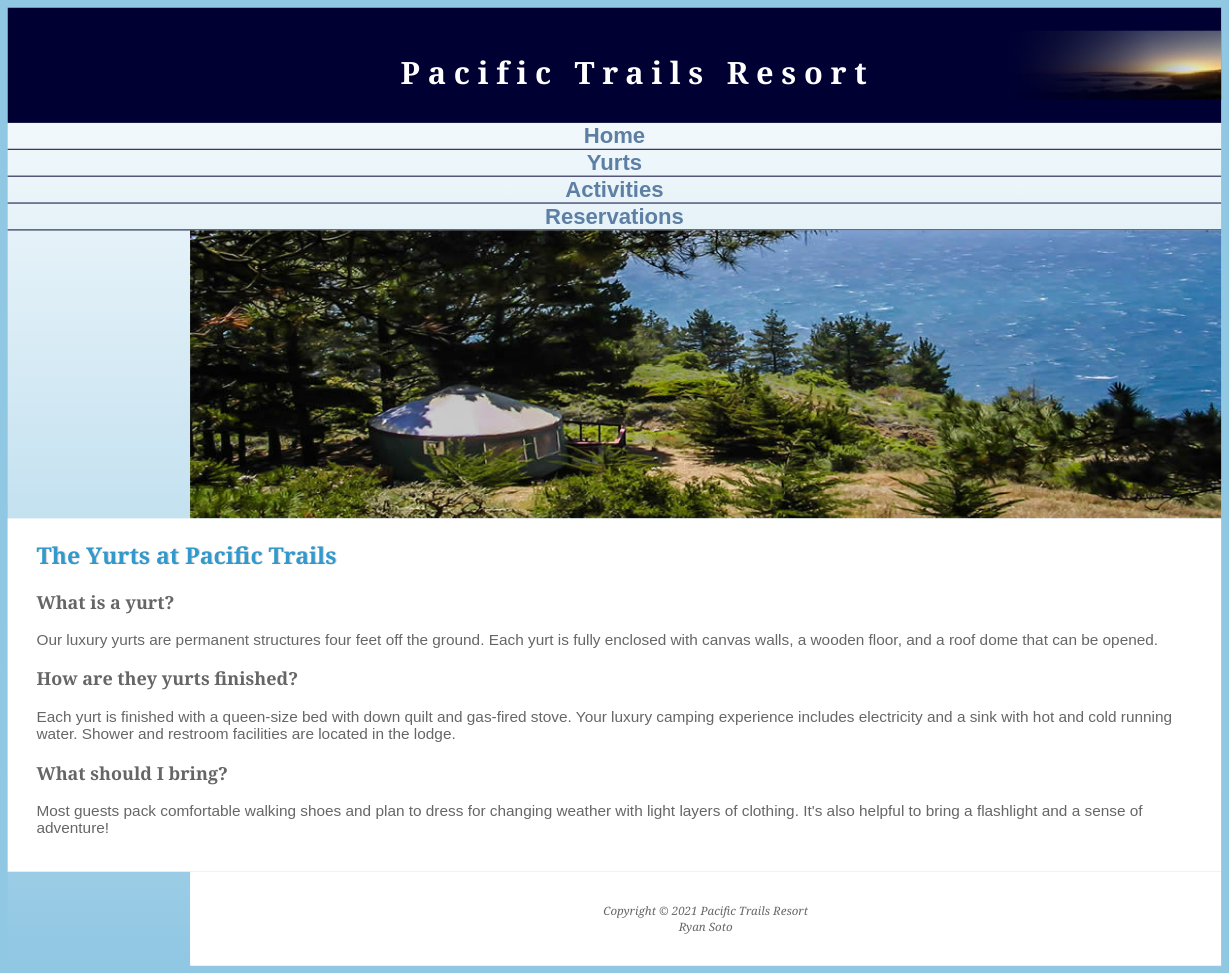
Repository: rsoto003/web-dev-152
Page: dist/assignments/chapter8/ch8pacific/yurts.html
The author's editor kept a copy of each file at every save. The page is drawn from the files as they stood at one save, then again after the next save.
The browser window is 1280 px wide. The pictures show the whole page, at 96% of full size.
Some web libraries are served in a nearby version.

Above is the page before, as saved 2021-07-25 22:14:47.

### dist/assignments/chapter8/ch8pacific/yurts.html
<!DOCTYPE html>
<html lang="en">
<head>
    <meta charset="UTF-8">
    <meta http-equiv="X-UA-Compatible" content="IE=edge">
    <meta name="viewport" content="width=device-width, initial-scale=1.0">
    <title>Pacific Trails Resorts :: Yurts</title>
    <link rel="stylesheet" href="pacific.css">
    <script src="https://kit.fontawesome.com/1c51b803b7.js" crossorigin="anonymous"></script>
</head>
<body>
    <div id="wrapper">
        <header>
            <h1><a href="index.html">Pacific Trails Resort</a></h1>
        </header>
        <nav>
            <ul>
                <li><a href="index.html">Home</a></li>
                <li><a href="yurts.html">Yurts</a></li>
                <li><a href="activities.html">Activities</a></li>
                <li><a href="reservations.html">Reservations</a></li>
            </ul>
        </nav>
        <div id="yurthero"></div>
        <main>
            <h2>The Yurts at Pacific Trails</h2>

            <section>
                <h3>What is a yurt?</h3>
                <p>Our luxury yurts are permanent structures four feet off the ground. Each yurt is fully enclosed with canvas walls,
                    a wooden floor, and a roof dome that can be opened.
                </p>
            </section>

            <section>
                <h3>How are they yurts finished?</h3>
                <p>Each yurt is finished with a queen-size bed with down quilt and gas-fired stove. Your luxury camping experience includes
                    electricity and a sink with hot and cold running water. Shower and restroom facilities are located in the lodge.
                </p>
            </section>

            <section>
                <h3>What should I bring?</h3>
                <p>Most guests pack comfortable walking shoes and plan to dress for changing weather with light layers
                    of clothing. It's also helpful to bring a flashlight and a sense of adventure!
                </p>
            </section>
        </main>
        <footer>
            <p>Copyright &copy; 2021 Pacific Trails Resort<br>
            Ryan Soto</p>
        </footer>
    </div>
</body>
</html>

### dist/assignments/chapter8/ch8pacific/pacific.css
* {
    box-sizing: border-box;
}

body {
    background-color: #90c7e3;
    color: #666666;
    font-family: Arial, Helvetica, sans-serif;
}
#wrapper {
    background-image: linear-gradient(to bottom, #fff, #90c7e3);
    background-repeat: no-repeat;
    background-color: #90c7e3;
}

header {
    background-color: #003; /* bgc#003 */
    color: #fff; /* c#fff */
    background-image: url("images/sunset.jpg"); /* bgi */
    background-position: right; /* bgp */
    background-repeat: no-repeat; /* bgr:n */
    height: 120px; /* h120*/
    padding-top: 30px; /*pt30*/
    padding-left: 3em; /* pl3em */
    text-align: center; /*tac*/
}
header a {
    text-decoration: none; /* tdn */
    color: #fff;
}
header a:link {
    color: #fff; /* c#fff */
}
header a:vistied {
    color: #fff; /* c#fff */
}
header a:hover {
    color: #90c7e9; /* c#90c7e9 */
}
nav {
    /* background-color: #FFF; */
    /* float: left; fl */
    font-size: 120%; /* fz120% */
    font-weight: bold;
    padding: 0;
    /* width: 160px; w160 */
    text-align: center;
}

nav ul {
    list-style-type: none; /* listn */
    margin: 0; /* m0 */
    padding-left: 0; /* pl0 */
    font-size: 1.2em; /* fz1.2em */
}
nav li {
    border-bottom: 1px solid #003;
}
nav a {
    text-decoration: none; /* tdn */
    font-weight: bold; /* fwb */
    padding: 10px; /* p10 */
}
nav a:link {
    color: #5c7fa3; /* c#5c75a3*/
}
nav a:visited {
    color: #344873; /* c#344873 */
}
nav a:hover {
    color: #a42A2a; /* c#a42A2a */
}

main {
    background-color: #fff; /* bgc#fff */
    padding: 1px 20px 20px 30px; /* p1-20-20-30 */
    overflow: auto; /* oa */
}



h1, h2, h3, footer {
    font-family: Georgia, "Times New Roman", serif;
}
h1 {
    padding-top: 0.5em;
    padding-bottom: 0.5em;
    letter-spacing: 0.25em; /* lts.25em */
    margin-bottom: 0;
    margin-top: 0;
}
h2 {
    color: #39c;
    text-shadow: 1px 1px 1px #ccc;
}
ul {
    /* list-style-image: url("images/marker.gif"); */
    list-style-position: inside;
}

dt {
    color: #003;
}
footer {
    background-color: #fff; /* bgc#fff */
    font-size: 75%;
    margin-left: 190px; /* ml190 */
    text-align: center;
    font-style: italic;
    padding: 20px;
}
.resort {
    color: #5c7fa3;
    font-weight: bold;
}

#contact {
    font-size: 90%;
}

#homehero {
    height: 300px;
    background-image: url('./images/coast2.jpg');
    background-size: 100% 100%;
    background-repeat: no-repeat;
    margin-left: 190px; /* ml190 */
}

#yurthero {
    height: 300px;
    background-image: url('./images/yurt.jpg');
    background-size: 100% 100%;
    background-repeat: no-repeat;
    margin-left: 190px; /* ml190 */
}

#trailhero {
    height: 300px;
    background-image: url('./images/trail.jpg');
    background-size: 100% 100%;
    background-repeat: no-repeat;
    margin-left: 190px; /* ml190 */
}

After the next save:
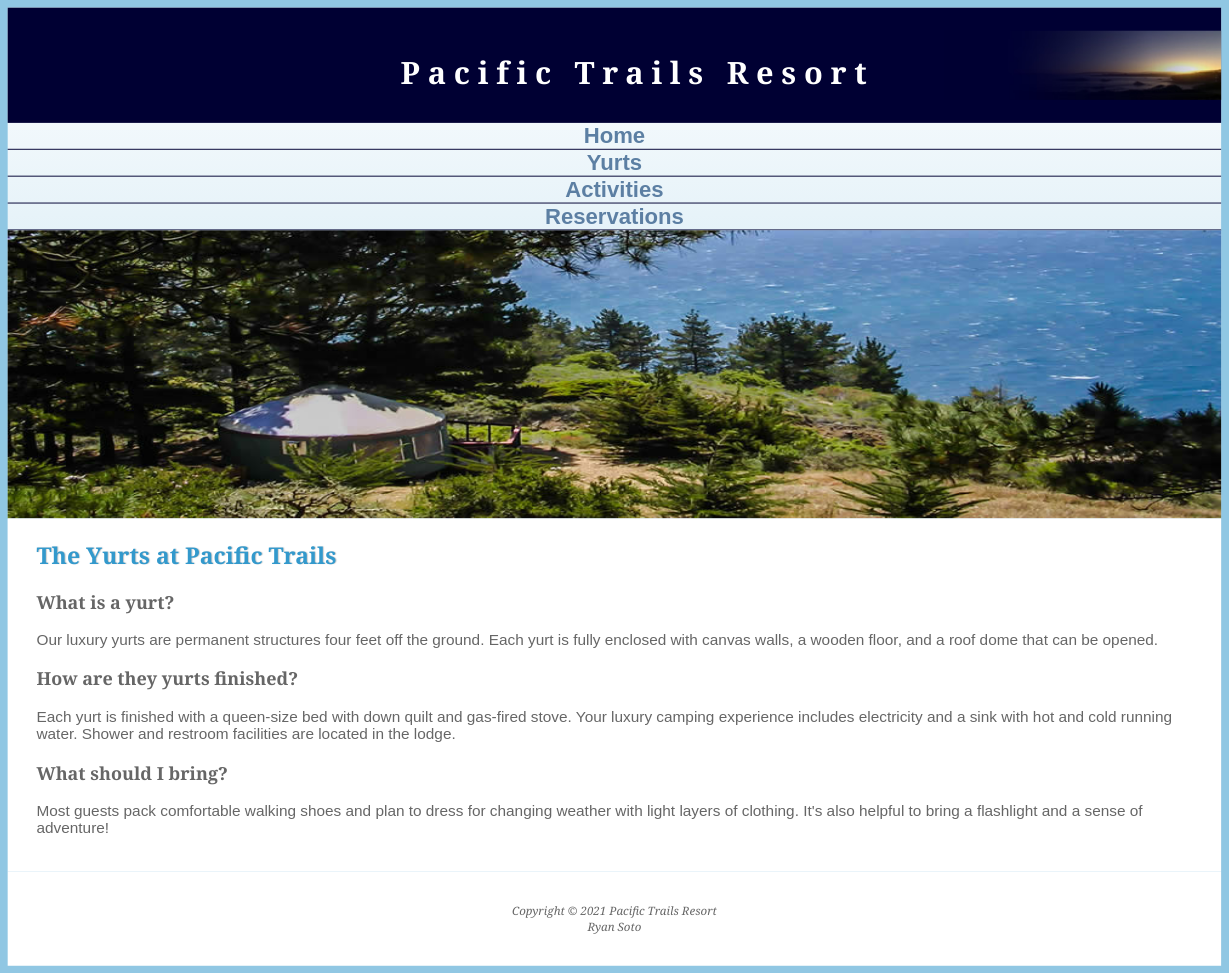
Saved 43 s later.
--- a/dist/assignments/chapter8/ch8pacific/pacific.css
+++ b/dist/assignments/chapter8/ch8pacific/pacific.css
@@ -104,7 +104,6 @@ dt {
 footer {
     background-color: #fff; /* bgc#fff */
     font-size: 75%;
-    margin-left: 190px; /* ml190 */
     text-align: center;
     font-style: italic;
     padding: 20px;
@@ -123,7 +122,6 @@ footer {
     background-image: url('./images/coast2.jpg');
     background-size: 100% 100%;
     background-repeat: no-repeat;
-    margin-left: 190px; /* ml190 */
 }
 
 #yurthero {
@@ -131,7 +129,6 @@ footer {
     background-image: url('./images/yurt.jpg');
     background-size: 100% 100%;
     background-repeat: no-repeat;
-    margin-left: 190px; /* ml190 */
 }
 
 #trailhero {
@@ -139,5 +136,4 @@ footer {
     background-image: url('./images/trail.jpg');
     background-size: 100% 100%;
     background-repeat: no-repeat;
-    margin-left: 190px; /* ml190 */
 }
